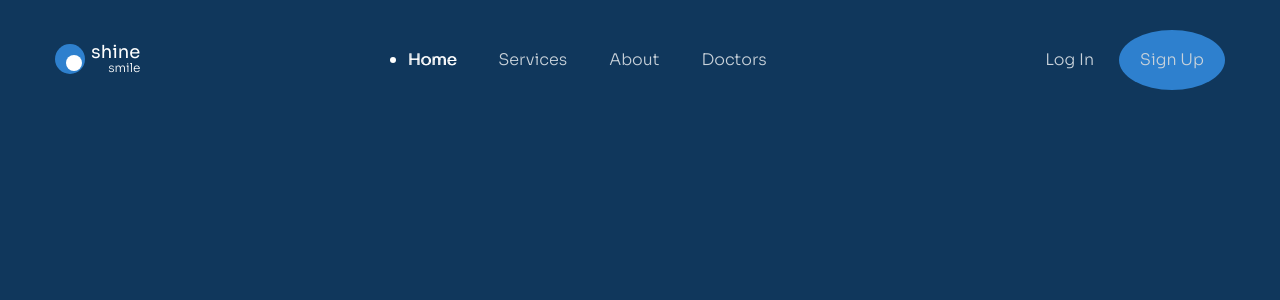
Repository: anhtien111198/f8-htmlcss-03
Page: index.html
The author's editor kept a copy of each file at every save. The page is drawn from the files as they stood at one save, then again after the next save.
The browser window is 1280 px wide. The pictures show the whole page.

Above is the page before, as saved 2023-05-12 10:30:05.

After the next save:
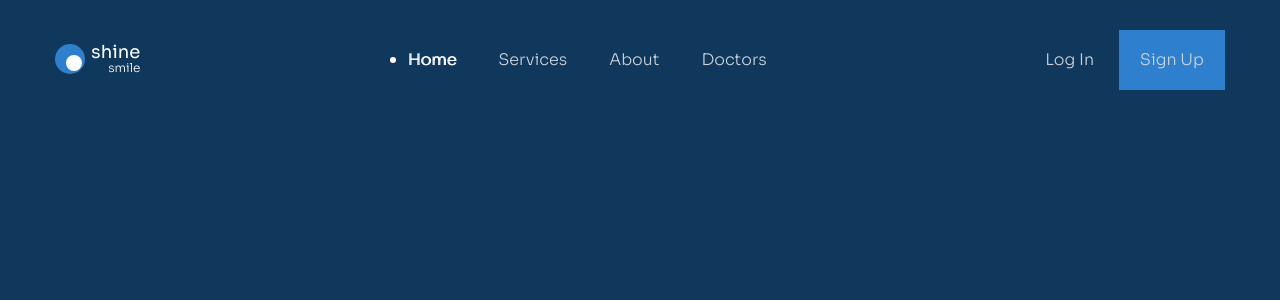
Saved 16 s later.
--- a/assets/css/style.css
+++ b/assets/css/style.css
@@ -24,7 +24,7 @@ a {
     display: inline-block;
     height: 60px;
     padding: 0 20px;
-    border-radius: 50%;
+    border-radius: 999;
     line-height: 52px;
     color: #fff;
     background: #2e80ce;
